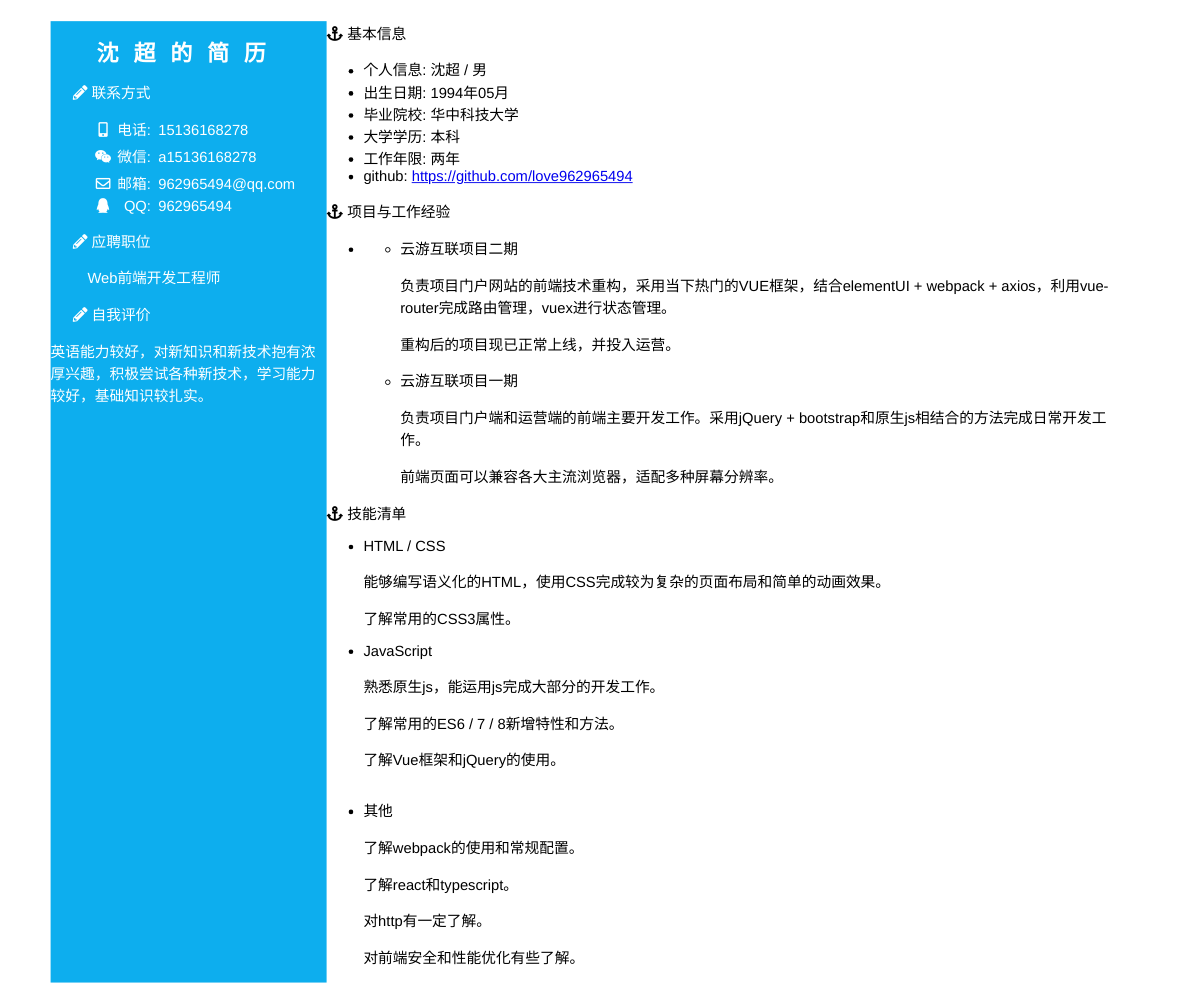
Repository: love962965494/my-resume
Page: index.html
An editor plug-in stored every save of this project. The page is shown before and after the next save, followed by the edit.
The browser window is 1280 px wide. The pictures show the whole page, at 92% of full size.
Some web libraries are served in a nearby version. The style sheet was rebuilt from its Sass, Less or Tailwind sources for each picture, by a compiler version that may differ from the author's.

Above is the page before, as saved 2018-09-02 17:42:19.

After the next save:
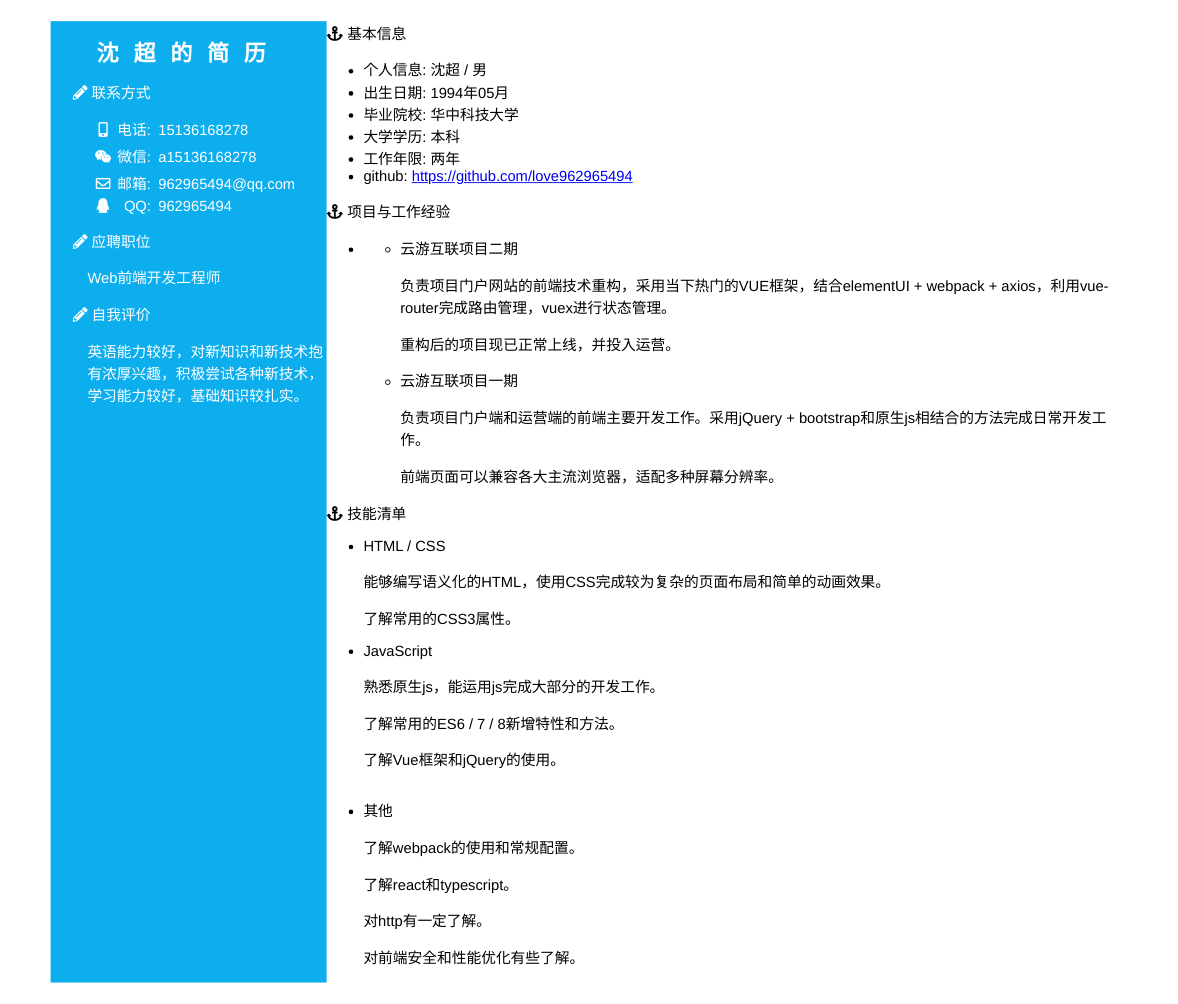
Saved 14 s later.
--- a/styles/myResume.scss
+++ b/styles/myResume.scss
@@ -95,5 +95,9 @@
     & > .title {
       @include title;
     }
+
+    & > .evaluate {
+      padding-left: 40px;
+    }
   }
 }
